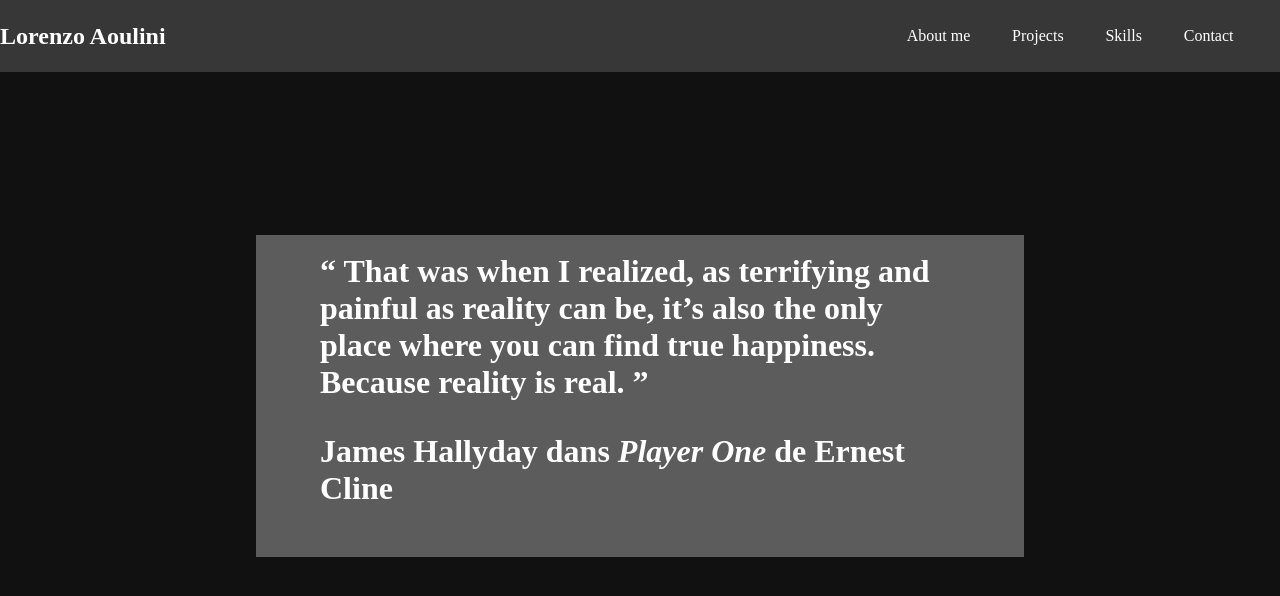
Repository: lolo298/lolo298.github.io
Page: index.html
An editor plug-in stored every save of this project. The page is shown before and after the next save, followed by the edit.
The browser window is 1280 px wide. The pictures show the whole page.

Above is the page before, as saved 2022-05-10 14:16:16.

After the next save:
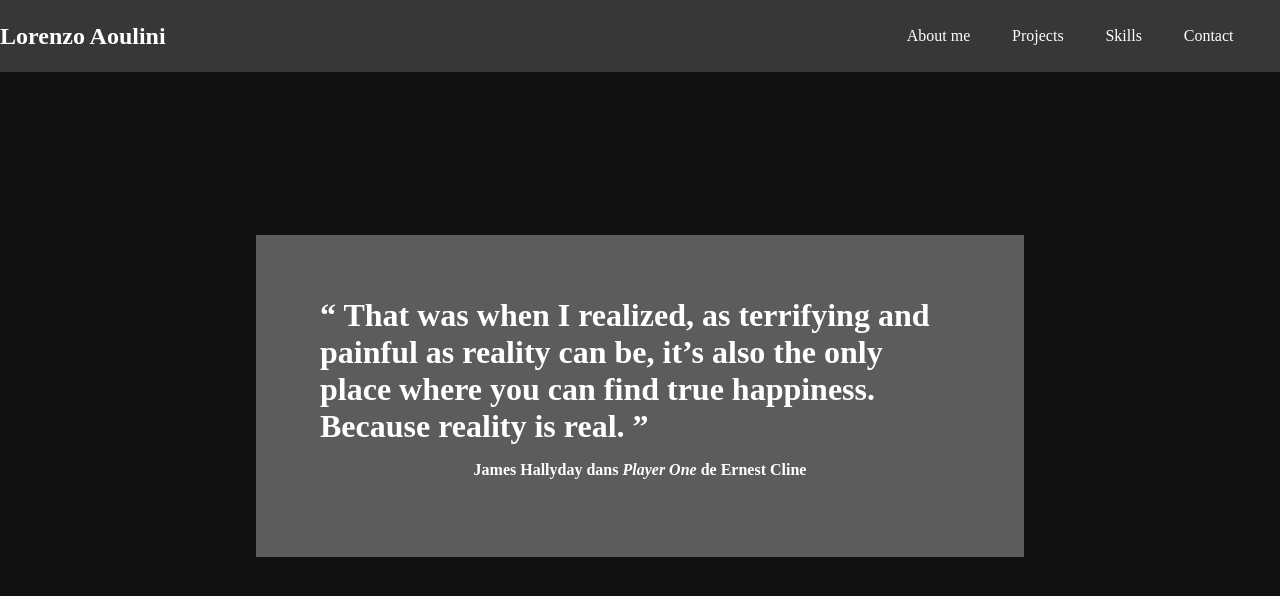
Saved 22 s later.
--- a/css/style.css
+++ b/css/style.css
@@ -89,7 +89,7 @@
         font-weight: bold;
     }
 
-    .quote-author {
+    .author-content {
         font-size: .5em;
         font-weight: bold;
         text-align: center;
